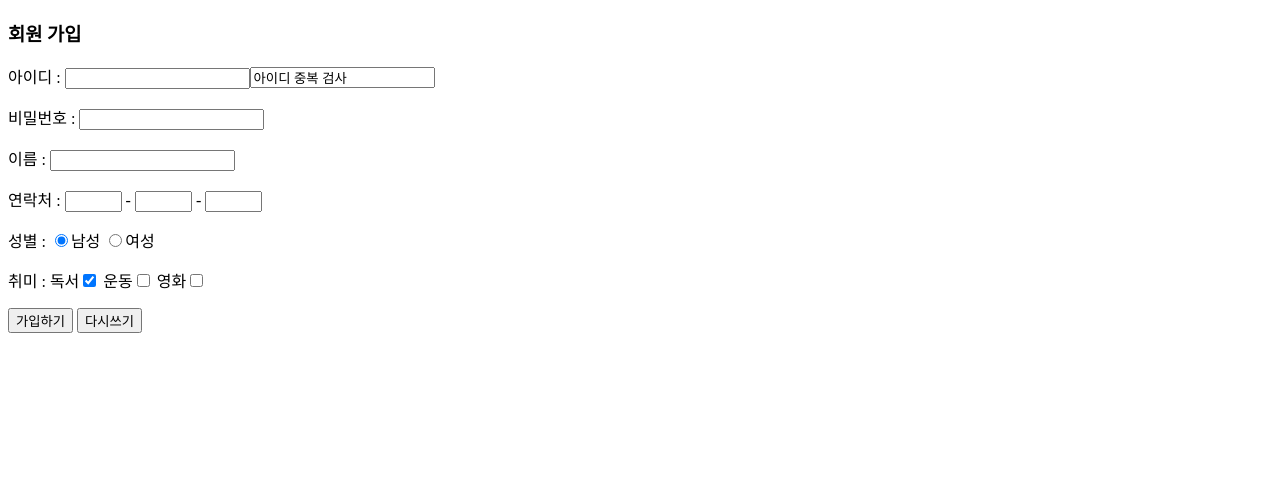
Repository: sanghyunlee7680/JSP-practice
Page: http://localhost/jspbook/chapter6/Exam6_2.jsp
An editor plug-in stored every save of this project. The page is shown before and after the next save, followed by the edit.
The browser window is 1280 px wide. The pictures show the whole page.
The page is served by Tomcat 10.

Above is the page before, as saved 2024-10-14 07:32:02.

After the next save:
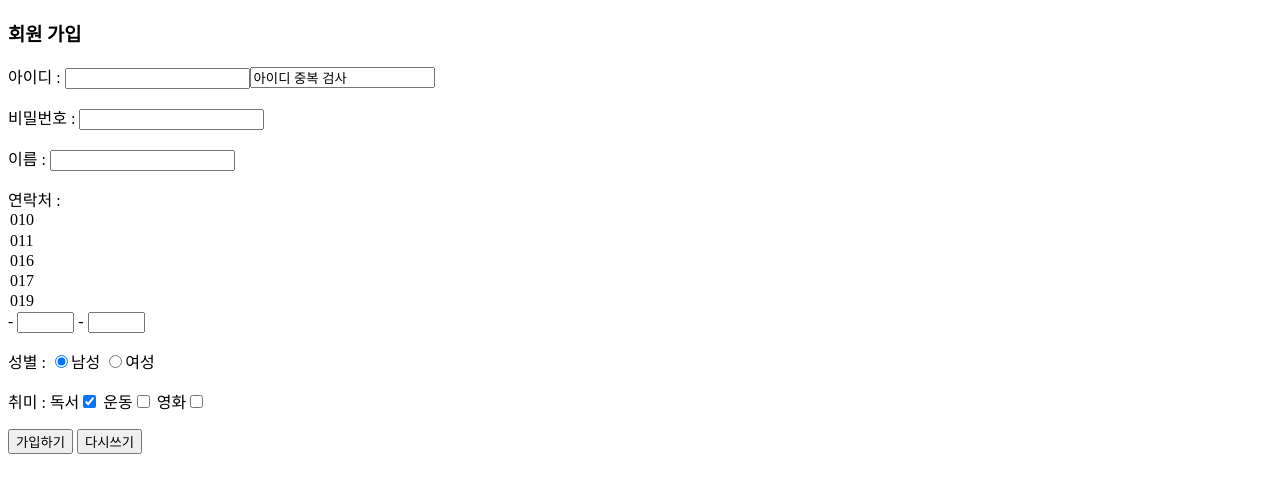
Saved 112 s later.
--- a/jspbook/src/main/webapp/chapter6/Exam6_2.jsp
+++ b/jspbook/src/main/webapp/chapter6/Exam6_2.jsp
@@ -12,11 +12,17 @@
 		<p> 아이디 : <input type="text" name="id"><input type="botton" value="아이디 중복 검사">
 		<p> 비밀번호 : <input type="password" name="passwd">
 		<p> 이름 : <input type="text" name="name">
-		<p> 연락처 : <input type="txt" mexlength="4" size="4" name="phone1">
-				-
-				<input type="text" maxlength="4" size="4" name="phone2">
-				-
-				<input type="text" mexlength="4" size="4" name="phone3">
+		<p> 연락처 : <selct name="phone1">
+					<option value="010">010</option>
+					<option value="011">011</option>
+					<option value="016">016</option>
+					<option value="017">017</option>
+					<option value="019">019</option>
+				   </selct>
+					-
+					<input type="text" maxlength="4" size="4" name="phone2">
+					-
+					<input type="text" mexlength="4" size="4" name="phone3">
 		<p> 성별 : <input type="radio" name="sex" value="남성" checked>남성
 				<input type="radio" name="sex" value="여성">여성
 		<p> 취미 : 독서<input type="checkbox" name="hobby1" value="reading" checked>
